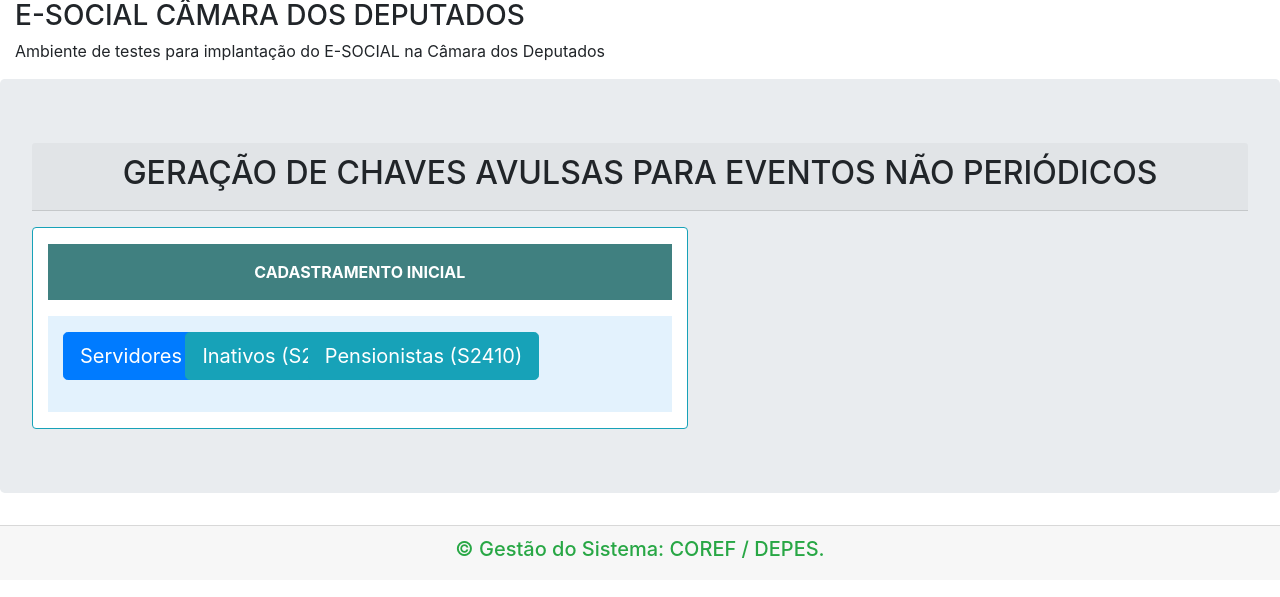
Repository: coref-depes/esocialapp
Page: http://localhost/paginaprincipal
An editor plug-in stored every save of this project. The page is shown before and after the next save, followed by the edit.
The browser window is 1280 px wide. The pictures show the whole page.
Some web fonts or font styles are not loaded; a fallback is used. The page is this project's Thymeleaf template; nobody is signed in. The template is opened directly, without the code that normally fills it, so the values that code supplies are empty.

Above is the page before, as saved 2022-08-03 15:14:29.

### br.gov.camara.esocial/src/main/resources/templates/paginaprincipal.html
<!DOCTYPE html>
<html lang="pt-br" xmlns="http://www.w3.org/1999/xhtml"
	xmlns:th="http://www.thymeleaf.org"
	xmlns:layout="http://www.ultraq.net.nz/thymeleaf/layout"
	xmlns:sec="http://www.thymeleaf.org/thymeleaf-extras-springsecurity4">


<head>
<title>Sipes</title>

<meta charset="UTF-8" />
<meta http-equiv="X-UA-Compatible" content="IE=edge" />
<meta name="viewport"
	content="width=device-width, initial-scale=1, shrink-to-fit=no" />
<meta name="description" content="" />
<meta name="author" content="" />
<link rel="icon" href="/image/iconeCD.png" />

<!-- Bootstrap core CSS -->
<link rel="stylesheet"
	href="https://stackpath.bootstrapcdn.com/bootstrap/4.1.3/css/bootstrap.min.css"
	integrity="sha384-MCw98/SFnGE8fJT3GXwEOngsV7Zt27NXFoaoApmYm81iuXoPkFOJwJ8ERdknLPMO"
	crossorigin="anonymous">

<link href="/webjars/open-iconic/font/css/open-iconic-bootstrap.min.css"
	rel="stylesheet" />


 <link href="../../dist/css/bootstrap.min.css" rel="stylesheet">

<!-- Custom styles for this template -->
<!-- Bootstrap core CSS -->
<link th:href="@{/css/bootstrap.min.css}" rel="stylesheet" />
	 	<!--link th:href="@{/webjars/open-iconic/font/css/open-iconic-
	 	bootstrap.min.css}" rel="stylesheet" /-->


	<!-- Custom styles for this template -->
	<link th:href="@{/css/estilosMenu.css}" rel="stylesheet" />



</head>

<body>
	<div class="container-fluid" >
<h3 >E-SOCIAL CÂMARA DOS DEPUTADOS</h3>
          <p>Ambiente de testes para implantação do E-SOCIAL na Câmara dos Deputados</p>

	</div>




<main role="main">



	<section class="jumbotron text-center">

	<div class="card-header">
		 <h2>GERAÇÃO DE CHAVES AVULSAS PARA EVENTOS NÃO PERIÓDICOS </h2>
	</div>
	<p>
	 <div class="row col-md-10 text-center border-info ">

     <div class="card border-info col-8">
     <p>
		<div class="card-border " style="background-color: rgb(64, 128, 128); ">
		<p>
		  <p><strong class="text-white" >CADASTRAMENTO INICIAL</strong></p>
		</div>
		<p>
		<div class="nav justify-content-left"   style="background-color: #e3f2fd; ">
         <div class="row col-md-8  align-items-center justify-content-start">
          <p>
         </div>
          <div class="row col-md-10  align-items-left justify-content-start">


  			<div class="form-group col-md-3">
            	<a class="btn btn-primary btn-lg" id = "bts2200" th:href="@{/cadini/abrecadastroinicial/S2200}" role="button">Servidores Ativos (S2200 e S2300)</a></p>
             </div>
             <div class="form-group col-md-3">
            	<a class="btn btn-info btn-lg"        th:href="@{/cadinativos/abrecadastroinicial/S2400}"       role="button">Inativos (S2400 e S2410)</a></p>
             </div>
             <div class="form-group col-md-3">
            	<a class="btn btn-info btn-lg"        th:href="@{/cadinativos/abrecadastroinicial/S2400}"       role="button">Pensionistas (S2410)</a></p>
             </div>
           </div>

         </div>
<p>

    </div>
        </div>

</div>


</section>

 </main>

	<div class="card-footer  text-success bg-outline  text-center">
		<h5>&copy; Gestão do Sistema: COREF / DEPES.</h5>
	</div>





	<!-- Bootstrap core JavaScript
    ================================================== -->
	<!-- Placed at the end of the document so the pages load faster -->

	<script src="https://code.jquery.com/jquery-3.3.1.slim.min.js"
		integrity="sha384-q8i/X+965DzO0rT7abK41JStQIAqVgRVzpbzo5smXKp4YfRvH+8abtTE1Pi6jizo"
		crossorigin="anonymous"></script>
	<script
		src="https://cdnjs.cloudflare.com/ajax/libs/popper.js/1.14.3/umd/popper.min.js"
		integrity="sha384-ZMP7rVo3mIykV+2+9J3UJ46jBk0WLaUAdn689aCwoqbBJiSnjAK/l8WvCWPIPm49"
		crossorigin="anonymous"></script>
	<script
		src="https://stackpath.bootstrapcdn.com/bootstrap/4.1.3/js/bootstrap.min.js"
		integrity="sha384-ChfqqxuZUCnJSK3+MXmPNIyE6ZbWh2IMqE241rYiqJxyMiZ6OW/JmZQ5stwEULTy"
		crossorigin="anonymous"></script>


    </script>

</body>

</html>

### br.gov.camara.esocial/src/main/resources/static/css/estilosMenu.css
    font-size: 2.5rem;
    color: white;
}
#icone_grande {
    font-size: 8rem;
    color:#fff;
}

Loaded but not shown: br.gov.camara.esocial/src/main/resources/static/css/bootstrap.min.css (library)

After the next save:
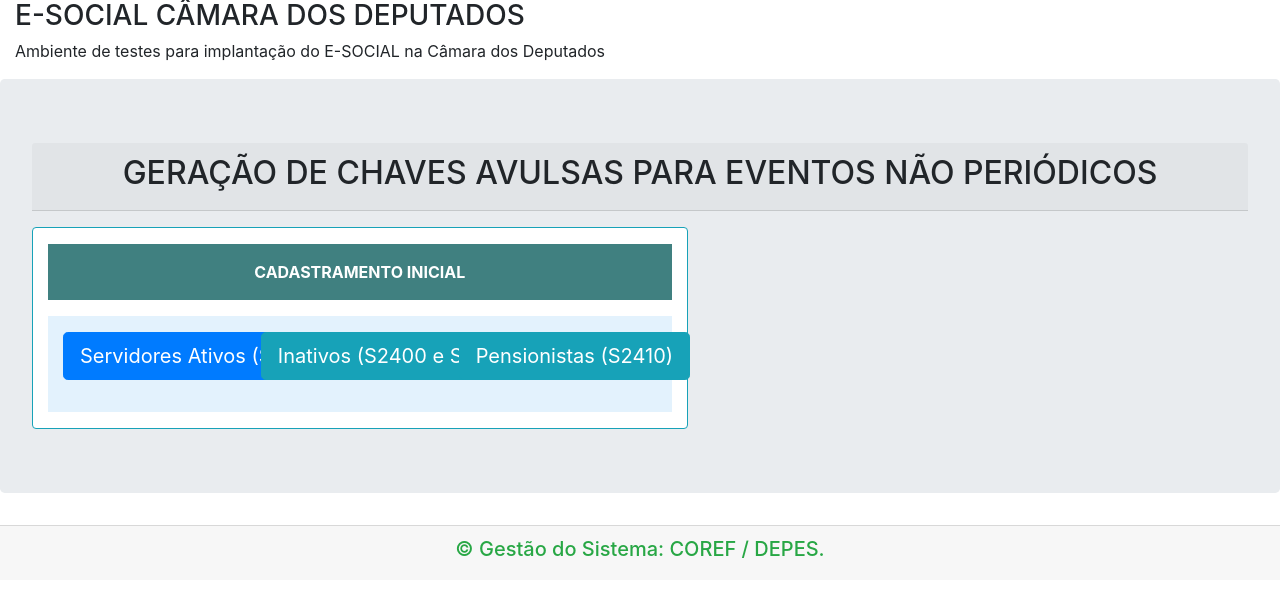
Saved 61 s later.
--- a/br.gov.camara.esocial/src/main/resources/templates/paginaprincipal.html
+++ b/br.gov.camara.esocial/src/main/resources/templates/paginaprincipal.html
@@ -75,16 +75,16 @@
          <div class="row col-md-8  align-items-center justify-content-start">
           <p>
          </div>
-          <div class="row col-md-10  align-items-left justify-content-start">
+          <div class="row col-md-12  align-items-left justify-content-start">
 
 
-  			<div class="form-group col-md-3">
+  			<div class="form-group col-md-4">
             	<a class="btn btn-primary btn-lg" id = "bts2200" th:href="@{/cadini/abrecadastroinicial/S2200}" role="button">Servidores Ativos (S2200 e S2300)</a></p>
              </div>
-             <div class="form-group col-md-3">
+             <div class="form-group col-md-4">
             	<a class="btn btn-info btn-lg"        th:href="@{/cadinativos/abrecadastroinicial/S2400}"       role="button">Inativos (S2400 e S2410)</a></p>
              </div>
-             <div class="form-group col-md-3">
+             <div class="form-group col-md-4">
             	<a class="btn btn-info btn-lg"        th:href="@{/cadinativos/abrecadastroinicial/S2400}"       role="button">Pensionistas (S2410)</a></p>
              </div>
            </div>
